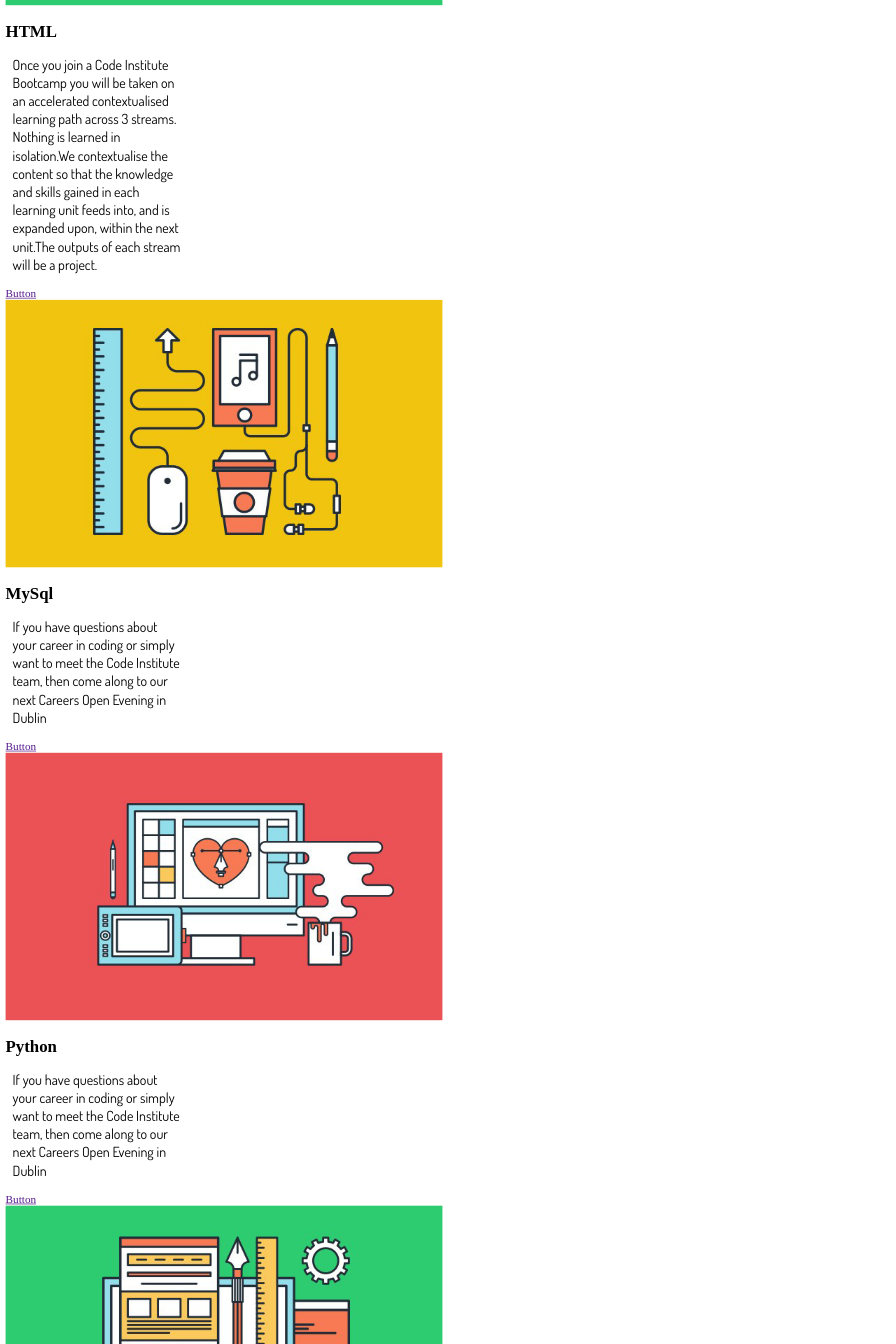
Repository: rory81/jquery
Page: Cards-jquery.html
The author's editor kept a record of every edit. The page is drawn from the files as they stood at one moment, then again after the next edit.
The browser window is 1280 px wide. The pictures show the part of the page from y = 479 to 2399 px (the page is 4519 px tall), at 70% of full size.
Some web libraries are served in a nearby version.

Above is the page before.

After the next edit:
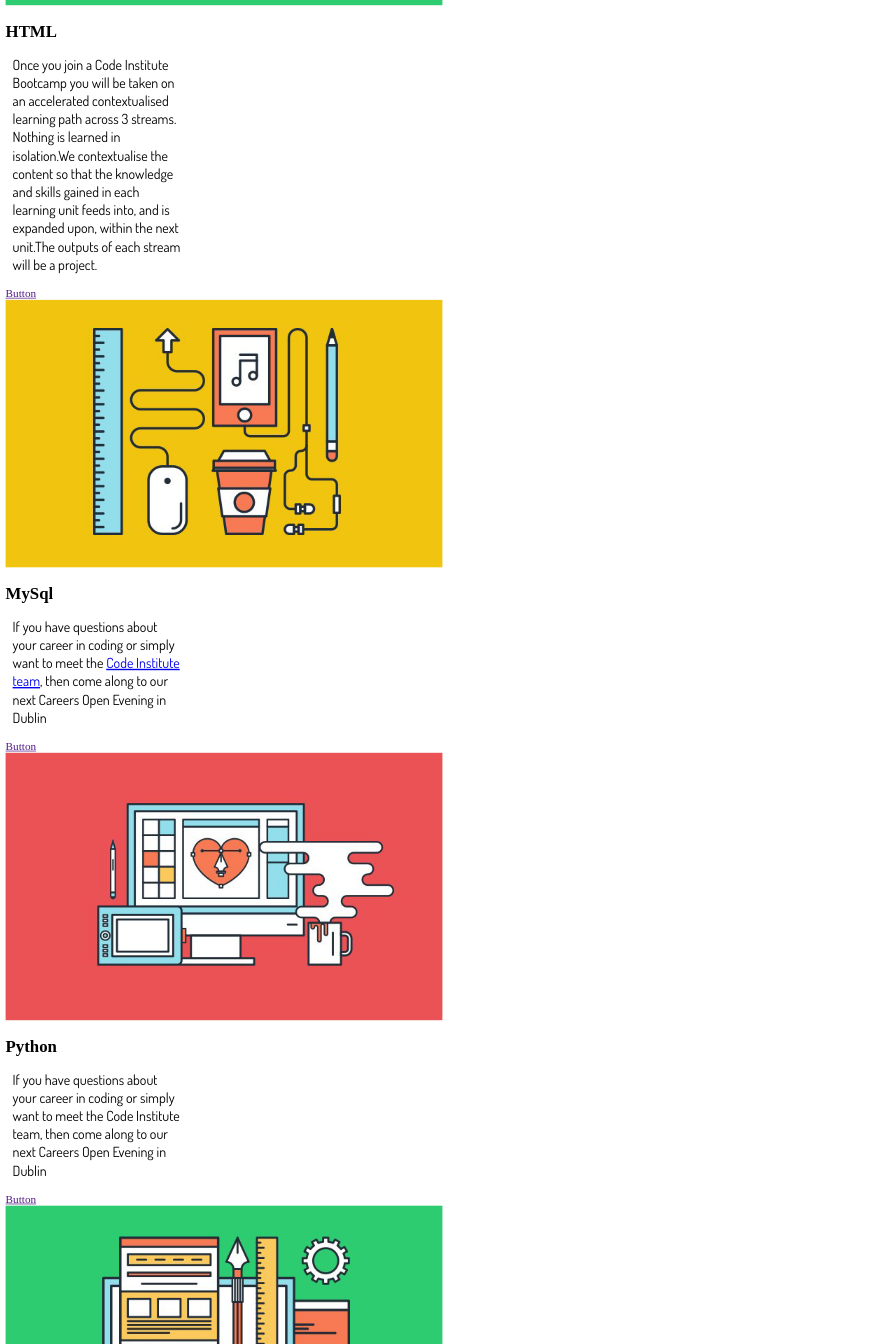
The edit:
--- a/Cards-jquery.html
+++ b/Cards-jquery.html
@@ -29,7 +29,7 @@
 		<div class="card stream3">
 			<img class="card_image" src="img/1.png" alt="coding icon">
 			<h2 class="card_head">MySql</h2>
-			<p class="card_para">If you have questions about your career in coding or simply want to meet the Code Institute team, then come along to our next Careers Open Evening in Dublin</p>
+			<p class="card_para">If you have questions about your career in coding or simply want to meet the <a href="#">Code Institute team</a>, then come along to our next Careers Open Evening in Dublin</p>
 			<a href="" class="bottom_button">Button</a>
 		</div>
 
